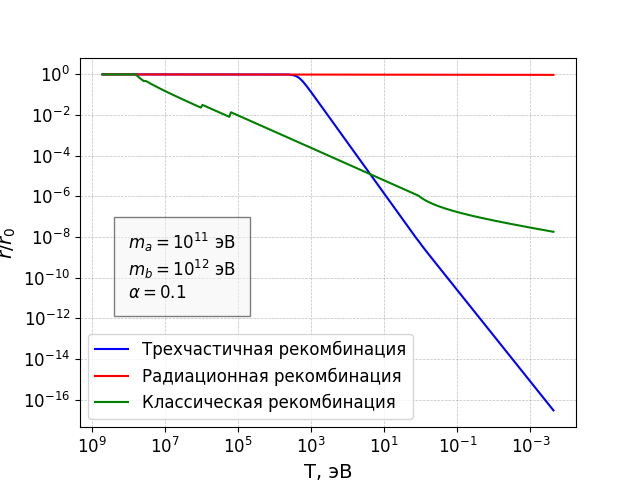
Repository: impermast/recombination
Script's output: python raschet/rec.py
These files come from the project's save history. The script's output is drawn as it stood at one moment and after the next save; the edit follows.
Random numbers start from a fixed seed.

Above is the script's output before, as saved 2023-05-17 16:05:05.

After the next save:
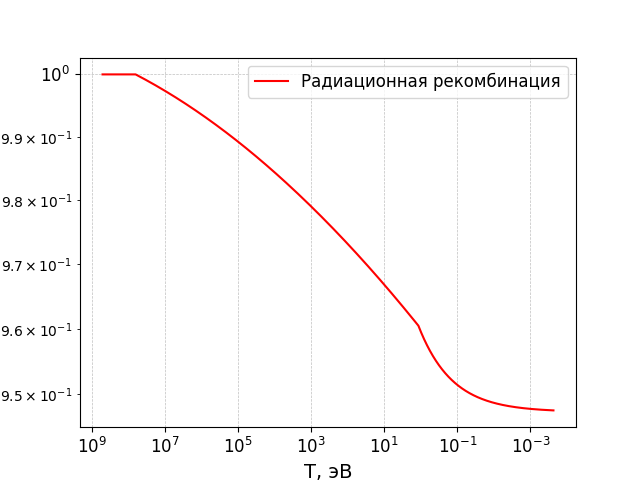
Saved 6 min 34 s later.
--- a/raschet/rec.py
+++ b/raschet/rec.py
@@ -213,11 +213,10 @@ def graphlim(T,rk,r3,rcl,rlim):
     plt.semilogx()
     plt.semilogy()
     plt.show()
-def graph(T,rk,r3,rcl,rlim):
+def classkram3body(T,rk,r3,rcl,rlim):
     # graphplotter used to plot r(T) graphs
     fig, ax = plt.subplots(1,1)
     ax.plot(T,r3,'b',label ="Трехчастичная рекомбинация")
-    # ax.plot(T,rlim, "--g",label ="Предел применимости")
     ax.plot(T,rk,'r', label ="Радиационная рекомбинация")
     ax.plot(T,rcl,'g', label ="Классическая рекомбинация")
     ax.set_xlabel('T, эВ', fontsize=14)
@@ -236,6 +235,29 @@ def graph(T,rk,r3,rcl,rlim):
     plt.semilogx()
     plt.semilogy()
     plt.show()
+def graph(T,rk,r3,rcl,rlim):
+    # graphplotter used to plot r(T) graphs
+    fig, ax = plt.subplots(1,1)
+    # ax.plot(T,r3,'b',label ="Трехчастичная рекомбинация")
+    # ax.plot(T,rlim, "--g",label ="Предел применимости")
+    ax.plot(T,rk,'r', label ="Радиационная рекомбинация")
+    # ax.plot(T,rcl,'g', label ="Классическая рекомбинация")
+    ax.set_xlabel('T, эВ', fontsize=14)
+    ax.set_ylabel(r'$r/r_0$', fontsize=14)
+    # ax.set_xlim([10**8, 10**3])
+    # ax.set_ylim([10**(-10), 10**(8)])
+    ax.text(10**(8), 10**(-11),
+            r'$m_a = 10^{%0.0f}$ эВ'%(np.log10(ma))+"\n"+
+            r'$m_b = 10^{%0.0f}$ эВ'%(np.log10(mb))+"\n"+
+            r'$\alpha = $'+repr(alpha),
+            fontsize=12, bbox={'facecolor': 'WhiteSmoke', 'alpha': 0.5, 'pad': 10})
+    ax.tick_params(labelsize=12)
+    ax.grid(color='gray', linestyle='--', linewidth=0.5, alpha=0.5)
+    ax.legend(fontsize=12)
+    ax.invert_xaxis()
+    plt.semilogx()
+    plt.semilogy()
+    plt.show()
 
 def main():
     alp_range = np.logspace(-1,3,10)
